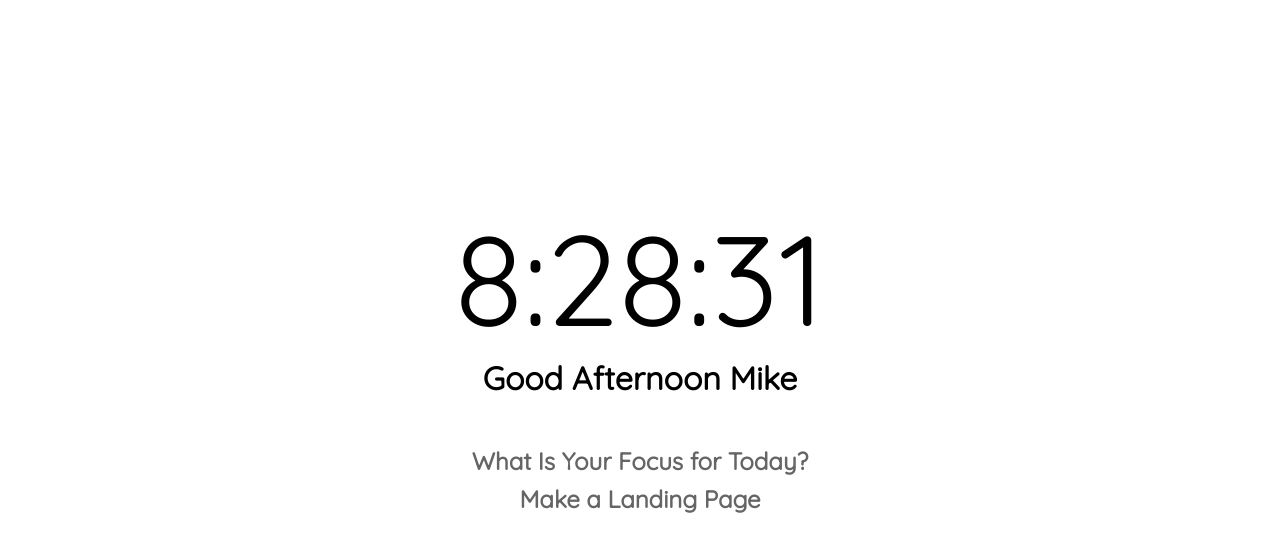
Repository: MikeTroianello/Landing-Page
Page: index.html
These files come from the project's save history. The page is drawn as it stood at one moment and after the next save; the edit follows.
The browser window is 1280 px wide. The pictures show the whole page.

Above is the page before, as saved 2019-06-19 23:13:50.

After the next save:
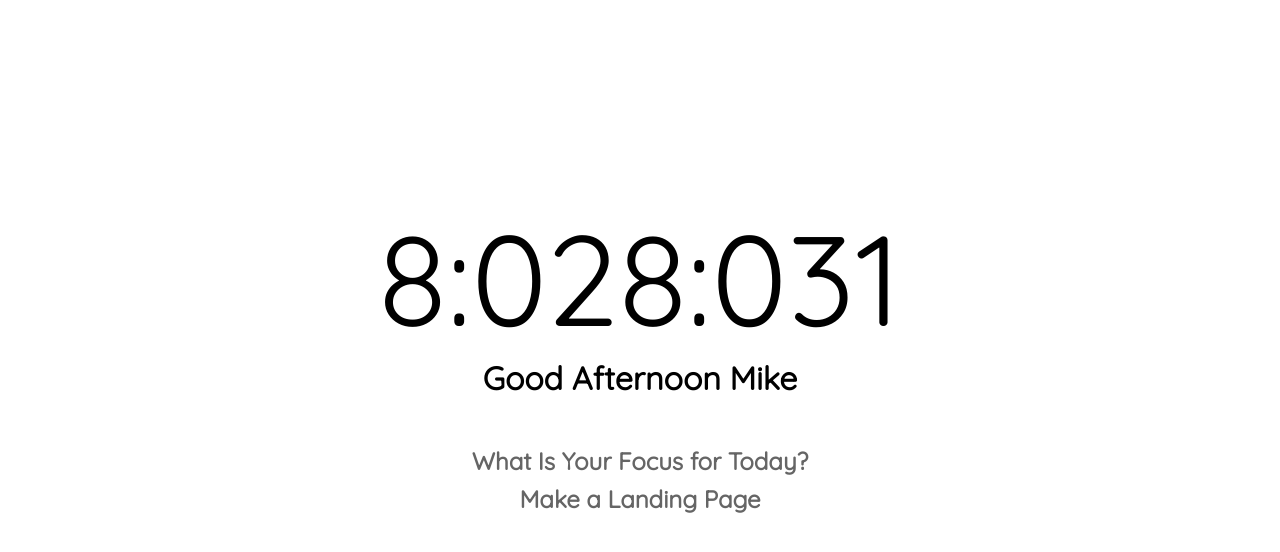
Saved 20 s later.
--- a/main.js
+++ b/main.js
@@ -19,7 +19,9 @@
   hour = hour % 12 || 12;
 
   //Output Time
-  time.innerHTML = `${hour}<span>:</span>${min}<span>:</span>${sec}`;
+  time.innerHTML = `${hour}<span>:</span>${addZero(min)}<span>:</span>${addZero(
+    sec
+  )}`;
 
   setTimeout(showTime, 1000);
 }

After the save that followed:
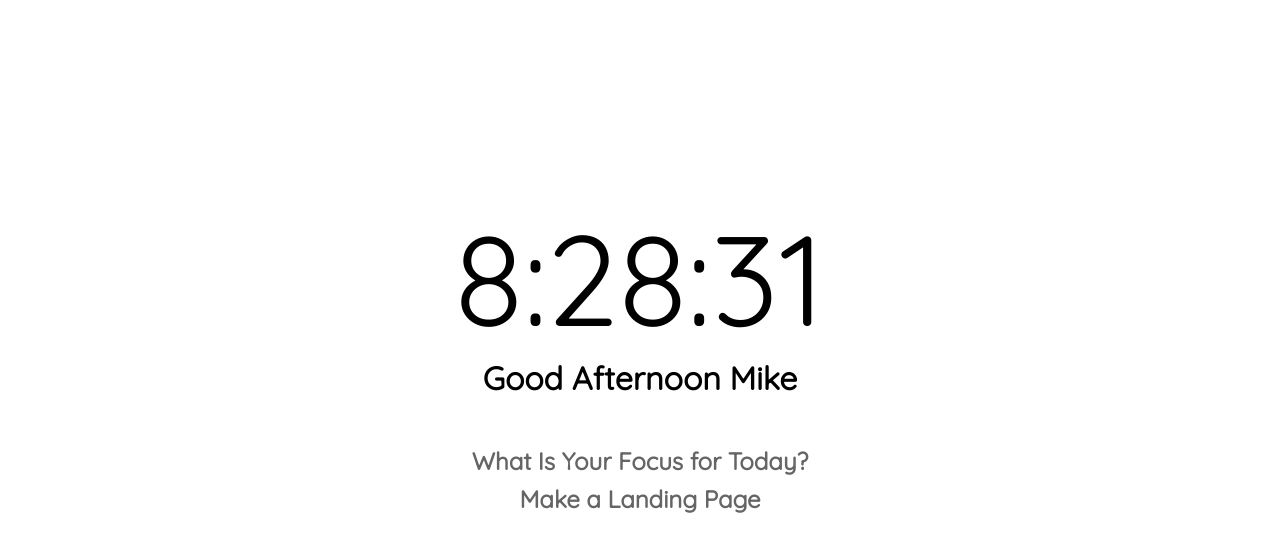
Saved 33 s later.
--- a/main.js
+++ b/main.js
@@ -29,5 +29,5 @@
 showTime();
 
 function addZero(x) {
-  return (parseInt(x, 10) < 10 ? '0' : '0') + x;
+  return (parseInt(x, 10) < 10 ? '0' : '') + x;
 }
